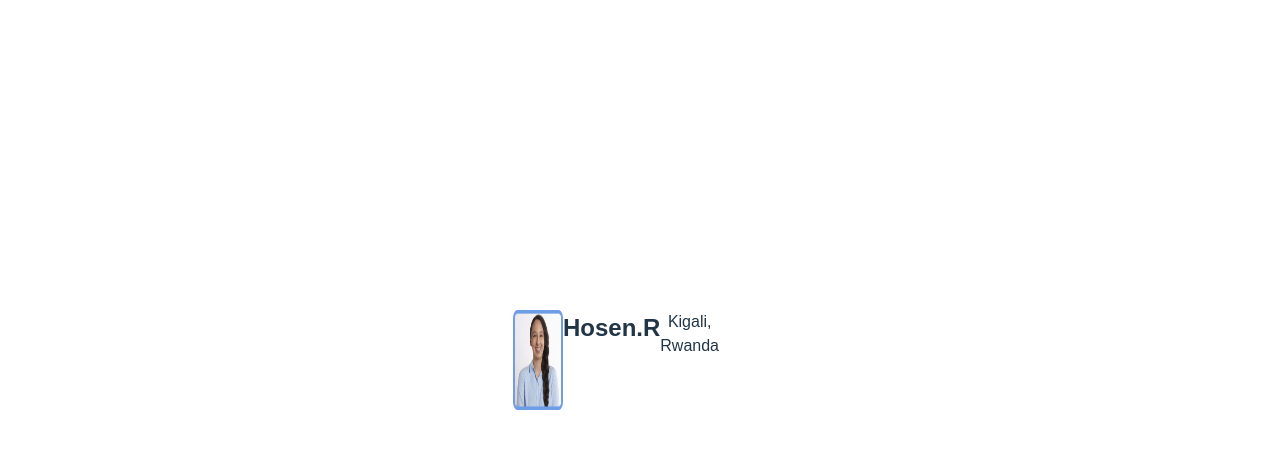
Repository: Auda-frontend/Kenshikeza
Page: /
These files come from the project's save history. The page is drawn as it stood at one moment and after a run of saves; the edit follows.
The browser window is 1280 px wide. The pictures show the whole page.
The project was rebuilt for these pictures with package versions that can differ from the ones it lists, and the page was loaded fresh each time. Also part of the build but not shown: vite.config.js.

Above is the page before, as saved 2024-01-24 22:40:17.

### src/App.jsx
import './App.css'
import SideBar from './Components/SideBar'

function App() {
  return (
    <div>
      <SideBar />
    </div>
  )
}

export default App

### src/Components/SideBar.jsx
import React from "react";
import Profile from "../assets/Rectangle 79.png";
import './SideBar.css';

function SideBar() {
  return (
    <div className="container">
    <div className="leftSide">
      <img src={Profile} alt="Profile photo" className="profilePhoto" />
      <h2 className="names">Hosen.R</h2>
      <p>Kigali, Rwanda</p>
    </div>
    </div>
  );
}

export default SideBar;

### src/Components/SideBar.css
*{
    margin: 0;
    padding: 0;
    box-sizing: border-box;
    font-family: sans-serif;
}
.container{
    padding: 0;
}
.leftSide{
    display: flex;
    max-width: 25%;
    max-height: 100%;
    padding: 10px;
}
.leftSide .profilePhoto{
    float: left;
    width: 50px;
    height: 100px;
}

Loaded but not shown: index.html (common file); src/main.jsx (common file); src/index.css (common file); src/App.css (common file)

After the next 2 saves:
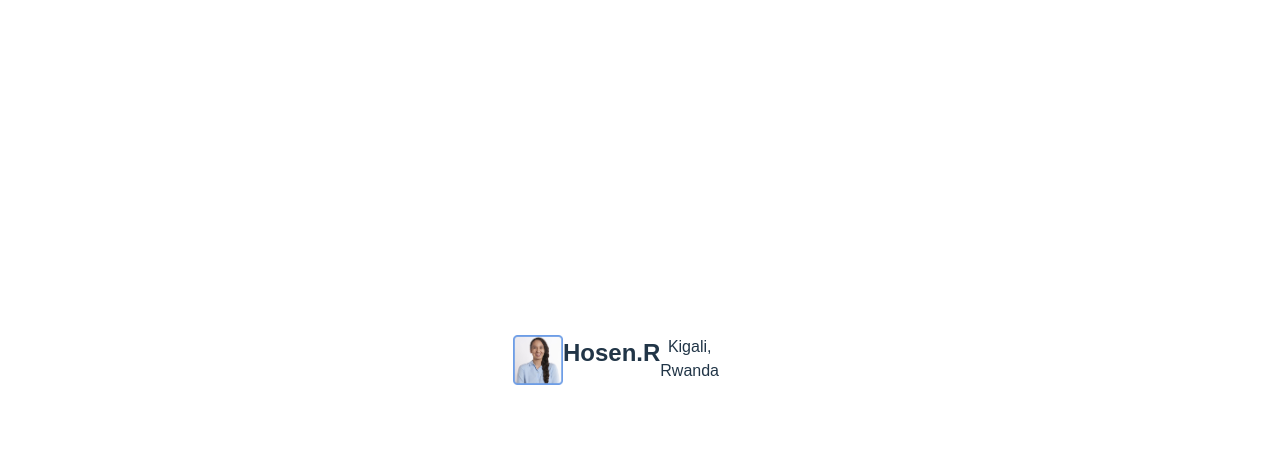
The 2 saves are shown as one change because they came seconds apart.
The last was saved 7 s later.
--- a/src/Components/SideBar.css
+++ b/src/Components/SideBar.css
@@ -11,10 +11,9 @@
     display: flex;
     max-width: 25%;
     max-height: 100%;
-    padding: 10px;
 }
 .leftSide .profilePhoto{
     float: left;
     width: 50px;
-    height: 100px;
+    height: 50px;
 }
